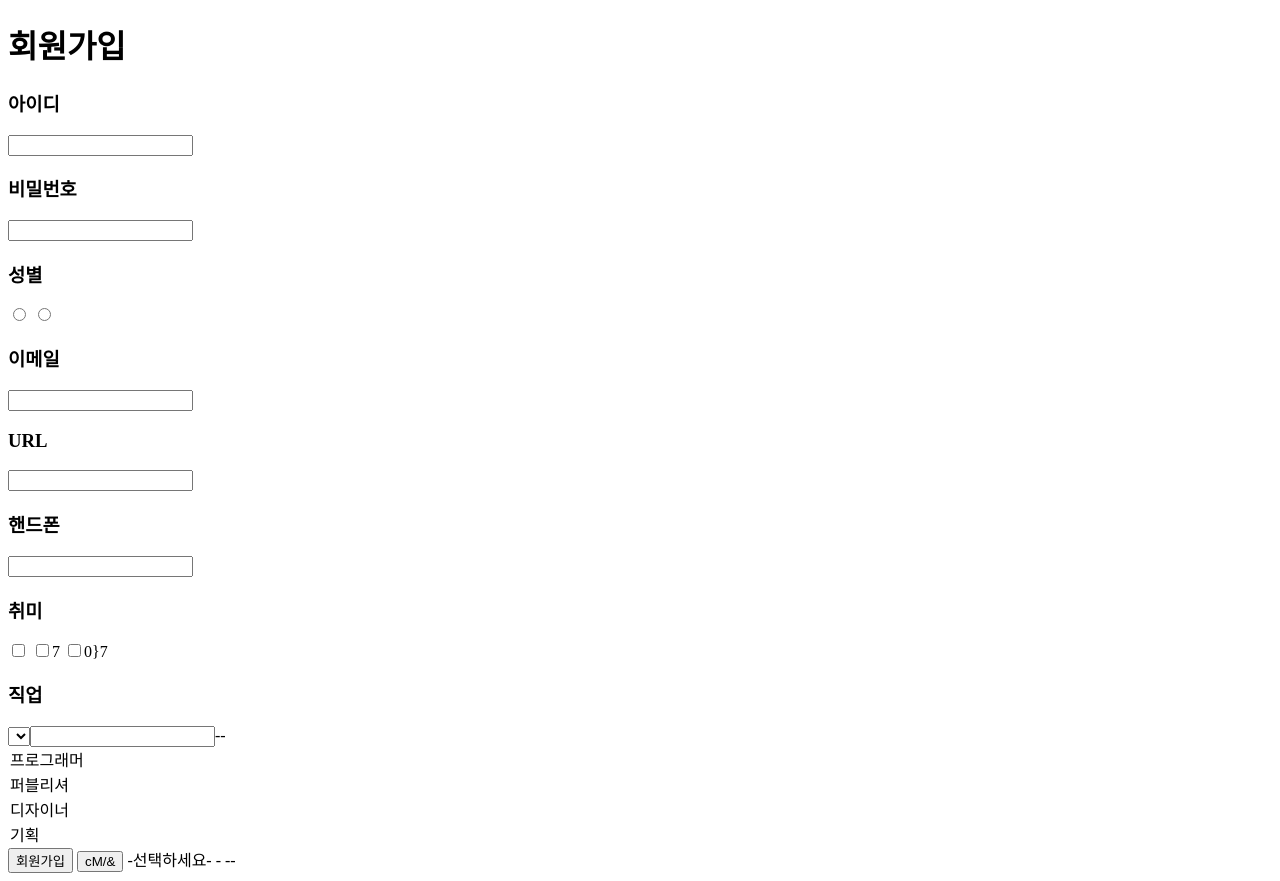
Repository: chaejunho689/bitcamp
Page: jQuery/src/main/webapp/02_jQueryEvent/exam01.html
These files come from the project's save history. The page is drawn as it stood at one moment and after a run of saves; the edit follows.
The browser window is 1280 px wide. The pictures show the whole page.

Above is the page before, as saved 2024-08-22 05:42:37.

After the next 2 saves:
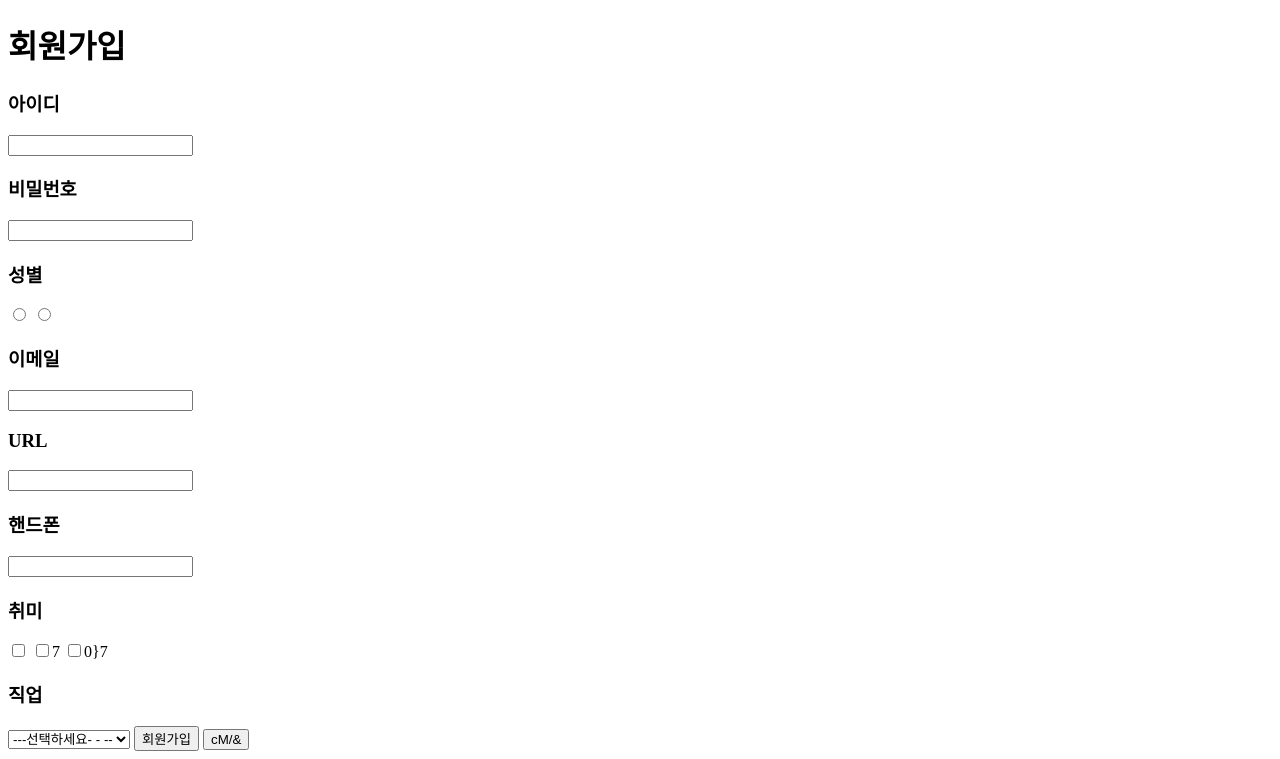
The 2 saves are shown as one change because they came seconds apart.
The last was saved 10 s later.
--- a/jQuery/src/main/webapp/02_jQueryEvent/exam01.html
+++ b/jQuery/src/main/webapp/02_jQueryEvent/exam01.html
@@ -34,8 +34,7 @@
 
 			<h3>직업</h3>
 			<select name="job">
-				 <input
-				<option>--
+				<option>---선택하세요- - --</option>
 				<option value="프로그래머">프로그래머</option>
 				<option value="퍼블리셔">퍼블리셔</option>
 				<option value="디자이너">디자이너</option>
@@ -43,7 +42,7 @@
 			</select>
 
 			<input type="submit" value="회원가입" class="myButton" />
-			<input type="reset" value="cM/&" class="myButton" /> -선택하세요- - --
+			<input type="reset" value="cM/&" class="myButton" />
 
 		</div>
 	</form>
